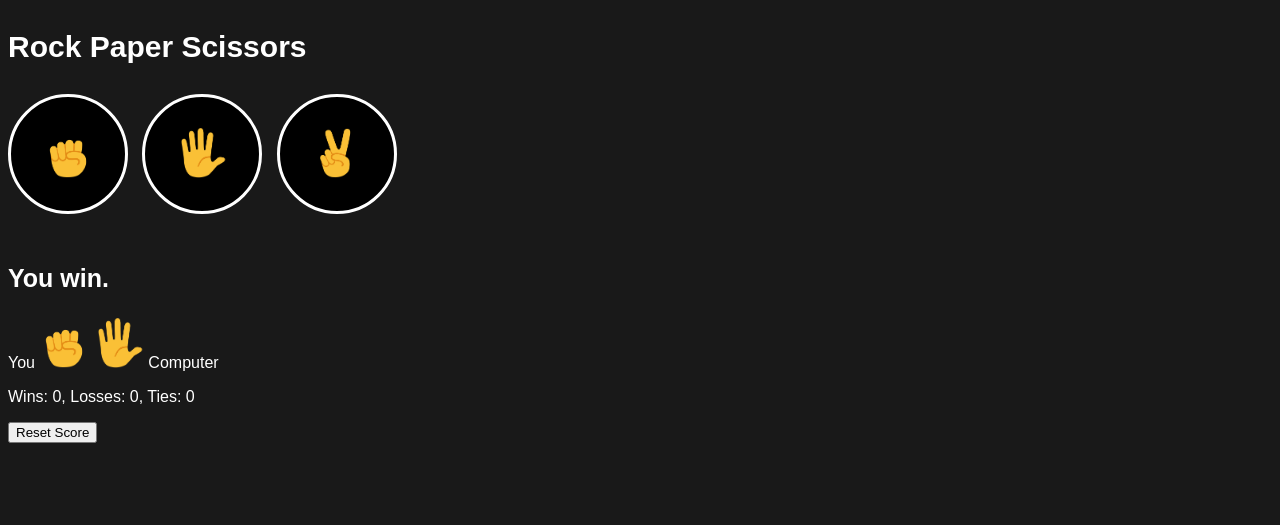
Repository: Samkiroko/Javascript-course
Page: 10-rock-paper-scissior.html
An editor plug-in stored every save of this project. The page is shown before and after the next save, followed by the edit.
The browser window is 1280 px wide. The pictures show the whole page.

Above is the page before, as saved 2023-08-28 11:34:17.

### 10-rock-paper-scissior.html
<!DOCTYPE html>
<html>
  <head>
    <title>Rock Paper Scissors</title>
    <style>
      body {
        background-color: #191919;
        color: white;
        font-family: sans-serif;
      }
      .title {
        font-size: 30px;
        font-weight: bold;
      }
      .move-icon {
        height: 50px;
      }
      .move-button {
        border: 3px solid white;
        background-color: black;
        width: 120px;
        height: 120px;
        border-radius: 60%;
        margin-right: 10px;
        cursor: pointer;
      }
      .result {
        font-size: 25px;
        font-weight: bold;
        margin-top: 50px;
      }
    </style>
  </head>
  <body>
    <p class="title">Rock Paper Scissors</p>
    <button
      onclick="
      playGame('rock');
    "
      class="move-button"
    >
      <img src="/img/rock-emoji.png" alt="Rock" srcset="" class="move-icon" />
    </button>

    <button
      onclick="
      playGame('paper');
    "
      class="move-button"
    >
      <img src="/img/paper-emoji.png" alt="paper" class="move-icon" />
    </button>

    <button
      onclick="
      playGame('scissors');
    "
      class="move-button"
    >
      <img src="/img/scissors-emoji.png" alt="Scissors" class="move-icon" />
    </button>
    <p class="js-result result">You win.</p>
    <p class="js-moves">
      You
      <span class=""
        ><img src="/img/rock-emoji.png" alt="" class="move-icon" />
        <img src="/img/paper-emoji.png" alt="" class="move-icon" />
      </span>
      Computer
    </p>
    <p class="js-score score"></p>

    <button
      onclick="
      score.wins = 0;
      score.losses = 0;
      score.ties = 0;
      localStorage.removeItem('score');
      updateScoreElement();
    "
    >
      Reset Score
    </button>

    <script>
      let score = JSON.parse(localStorage.getItem('score')) || {
        wins: 0,
        losses: 0,
        ties: 0,
      };

      updateScoreElement();

      /*
      if (!score) {
        score = {
          wins: 0,
          losses: 0,
          ties: 0
        };
      }
      */

      function playGame(playerMove) {
        const computerMove = pickComputerMove();

        let result = '';

        if (playerMove === 'scissors') {
          if (computerMove === 'rock') {
            result = 'You lose.';
          } else if (computerMove === 'paper') {
            result = 'You win.';
          } else if (computerMove === 'scissors') {
            result = 'Tie.';
          }
        } else if (playerMove === 'paper') {
          if (computerMove === 'rock') {
            result = 'You win.';
          } else if (computerMove === 'paper') {
            result = 'Tie.';
          } else if (computerMove === 'scissors') {
            result = 'You lose.';
          }
        } else if (playerMove === 'rock') {
          if (computerMove === 'rock') {
            result = 'Tie.';
          } else if (computerMove === 'paper') {
            result = 'You lose.';
          } else if (computerMove === 'scissors') {
            result = 'You win.';
          }
        }

        if (result === 'You win.') {
          score.wins += 1;
        } else if (result === 'You lose.') {
          score.losses += 1;
        } else if (result === 'Tie.') {
          score.ties += 1;
        }

        localStorage.setItem('score', JSON.stringify(score));

        updateScoreElement();

        document.querySelector('.js-result').innerHTML = result;
        document.querySelector(
          '.js-moves'
        ).innerHTML = `You picked ${playerMove} - Computer picked ${computerMove}.`;
      }

      function updateScoreElement() {
        document.querySelector(
          '.js-score'
        ).innerHTML = `Wins: ${score.wins}, Losses: ${score.losses}, Ties: ${score.ties}`;
      }

      function pickComputerMove() {
        const randomNumber = Math.random();

        let computerMove = '';

        if (randomNumber >= 0 && randomNumber < 1 / 3) {
          computerMove = 'rock';
        } else if (randomNumber >= 1 / 3 && randomNumber < 2 / 3) {
          computerMove = 'paper';
        } else if (randomNumber >= 2 / 3 && randomNumber < 1) {
          computerMove = 'scissors';
        }

        return computerMove;
      }
    </script>
  </body>
</html>

After the next save:
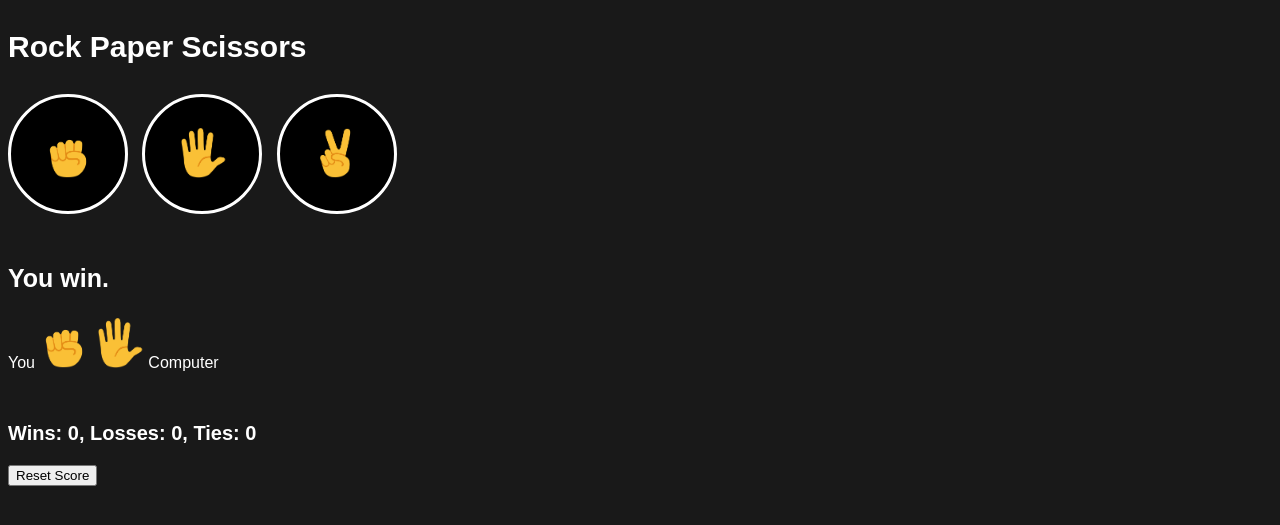
Saved 13 s later.
--- a/10-rock-paper-scissior.html
+++ b/10-rock-paper-scissior.html
@@ -26,6 +26,11 @@
       }
       .result {
         font-size: 25px;
+        font-weight: bold;
+        margin-top: 50px;
+      }
+      .score {
+        font-size: 20px;
         font-weight: bold;
         margin-top: 50px;
       }
